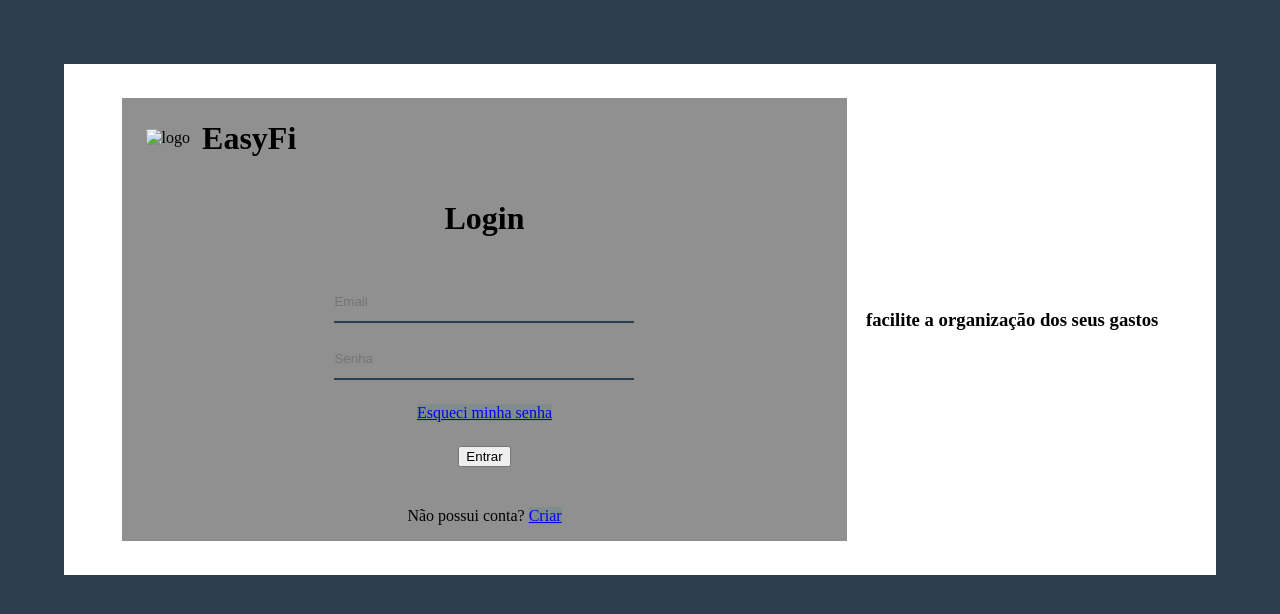
Repository: Ingridiag/projeto-engenharia
Page: login.html
The author's editor kept a copy of each file at every save. The page is drawn from the files as they stood at one save, then again after the next save.
The browser window is 1280 px wide. The pictures show the whole page.

Above is the page before, as saved 2024-10-28 15:45:20.

After the next save:
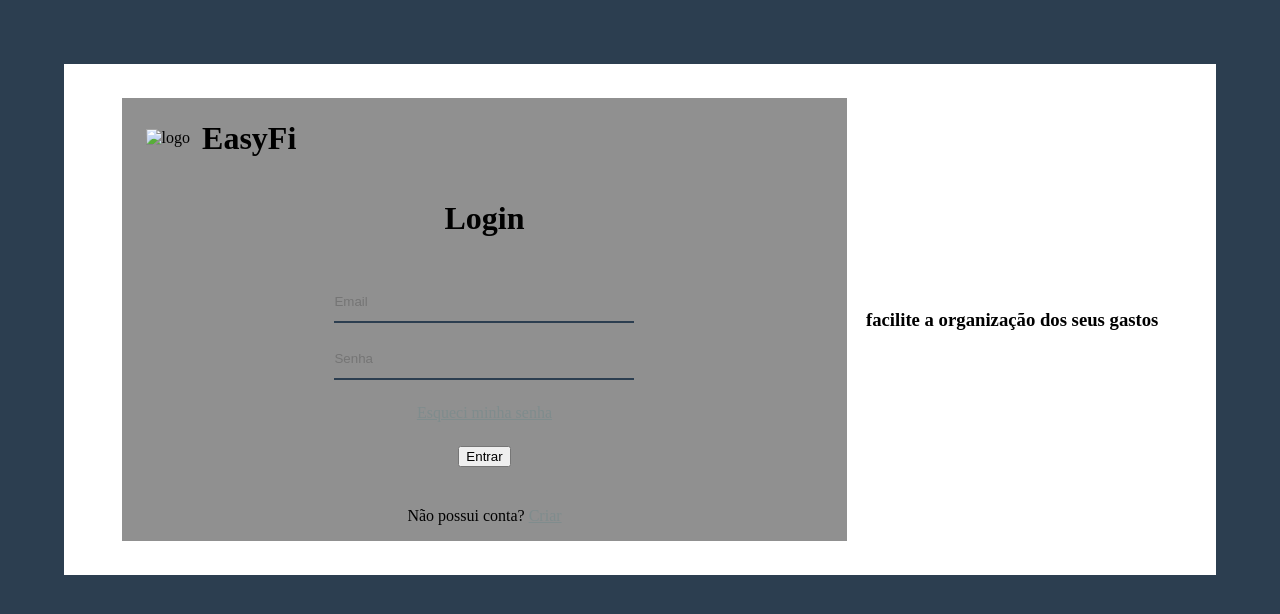
Saved 19 s later.
--- a/style.css
+++ b/style.css
@@ -56,7 +56,7 @@ body {
 }
 .formulario a{
     text-align: end;
-    background: #7F8C8D;
+    color: #7F8C8D;
 }
 
 .cadastro{
